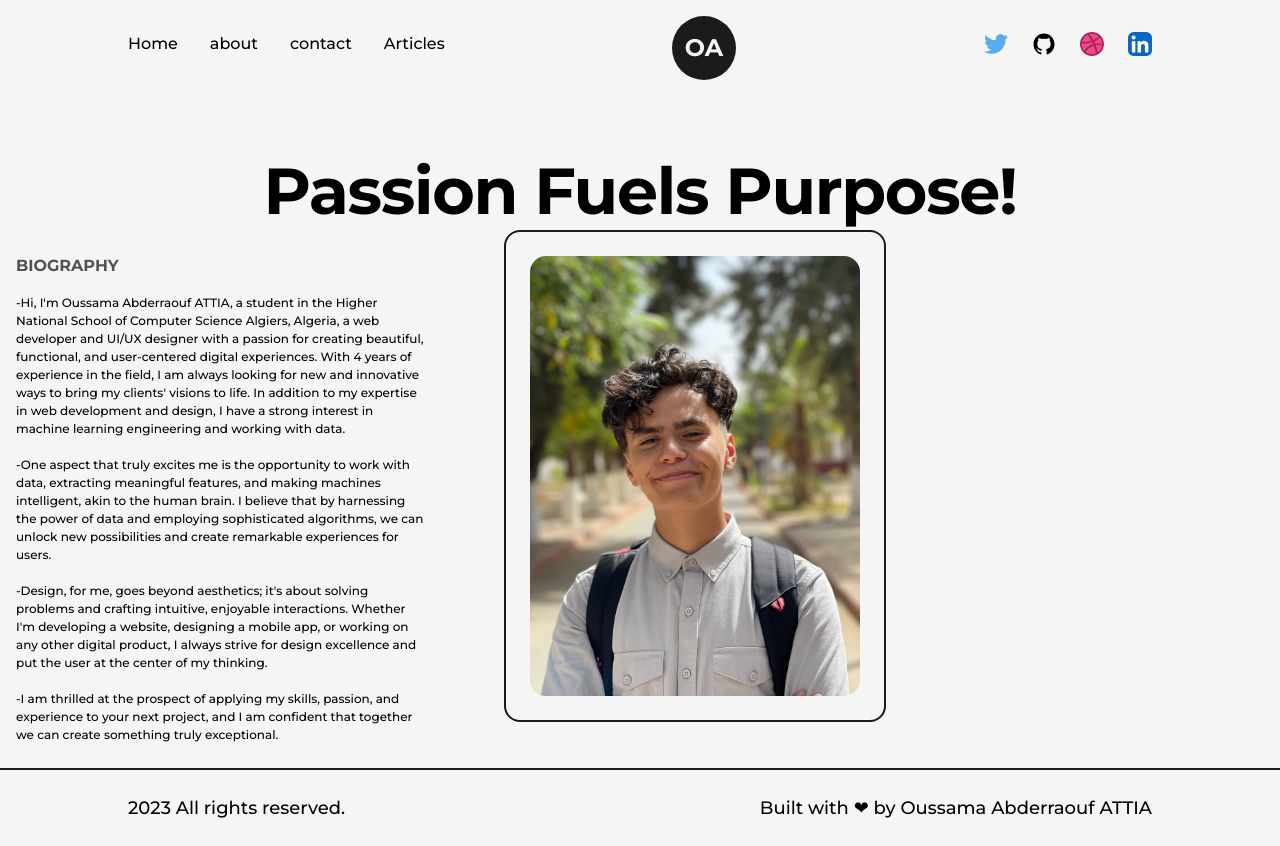
Repository: OussamaAbderraoufAttia/Next.js-Developer-Portfolio
Page: /About
These files come from the project's save history. The page is drawn as it stood at one moment and after the next save; the edit follows.
The browser window is 1280 px wide. The pictures show the whole page.
The project was rebuilt for these pictures with package versions that can differ from the ones it lists, and the page was loaded fresh each time. The framework's server and built-in components were replaced by stand-ins that run in the browser. Also part of the build but not shown: next.config.js, src/components/AnimatedText.js.

Above is the page before, as saved 2023-06-27 22:57:08.

After the next save:
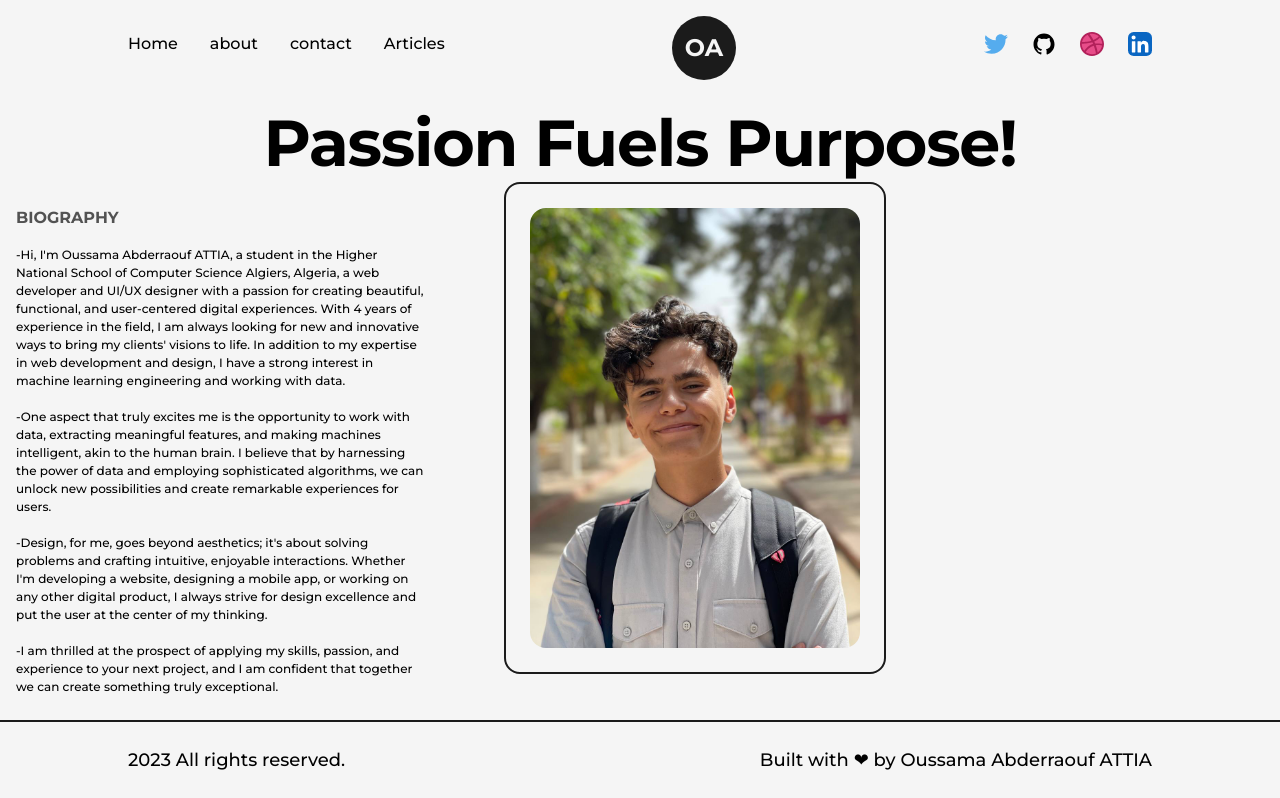
Saved 23 s later.
--- a/src/pages/About.js
+++ b/src/pages/About.js
@@ -12,13 +12,14 @@
             <title>OA | About Page</title>
             <meta name='description' content='About Oussama Abderraouf ATTIA' />
         </Head>
-        <main className='!pt-16 flex w-full flex-col item-center justify-center'>
+        <main className='flex w-full flex-col item-center justify-center'>
             <Layout className='pt-16'>
                 <h1 className="text-center" style={{
                     fontSize: '65px',
                     fontWeight: 'bold',
                     lineHeight: '1.2',
                     letterSpacing: '-0.02em',
+                    paddingTop: '16px',
                 }}>
                     Passion Fuels Purpose!
                 </h1>
